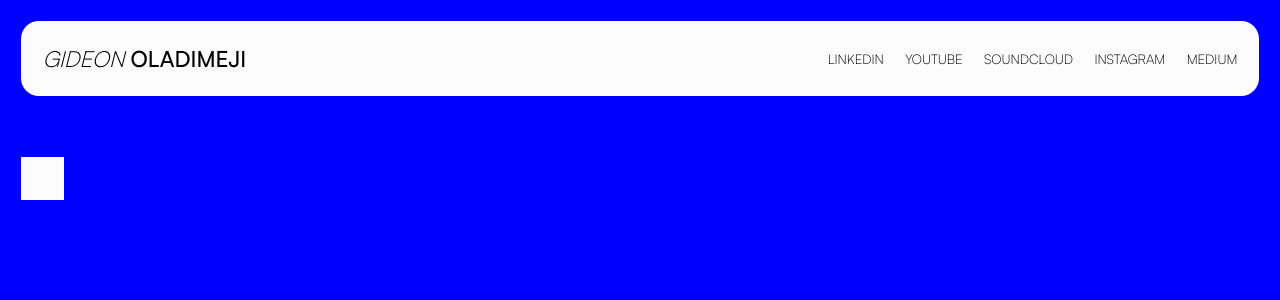
Repository: WilAy1/scalarbnae
Page: /
These files come from the project's save history. The page is drawn as it stood at one moment and after the next save; the edit follows.
The browser window is 1280 px wide. The pictures show the whole page.
The project was rebuilt for these pictures with package versions that can differ from the ones it lists, and the page was loaded fresh each time.

Above is the page before, as saved 2024-11-11 17:23:54.

After the next save:
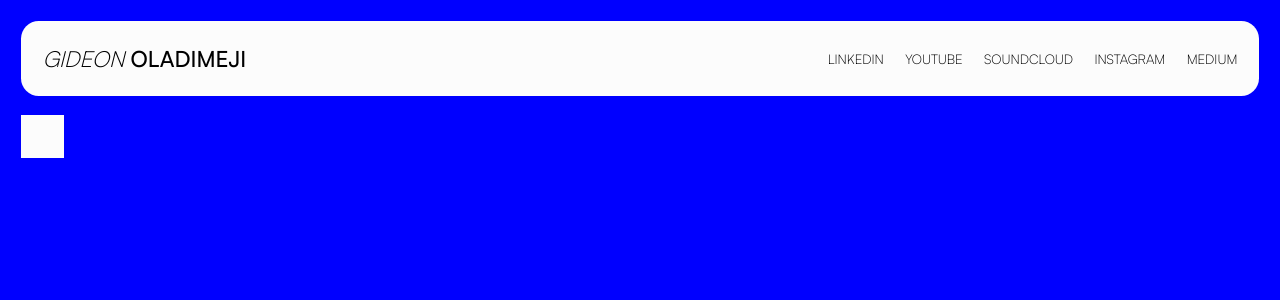
Saved 43 s later.
--- a/src/App.js
+++ b/src/App.js
@@ -6,7 +6,7 @@
   return (
     <div className="App bg-[#2B50AA] w-full min-h-screen p-[1.667vw]">
       <Header />
-      <div className='py-[4.761vw]'>
+      <div className='py-[1.458vw]'>
         <div className='w-full flex items-center gap-[]'>
           <div className='bg-[#FCFCFC] p-[1.667vw]'></div>
         </div>
